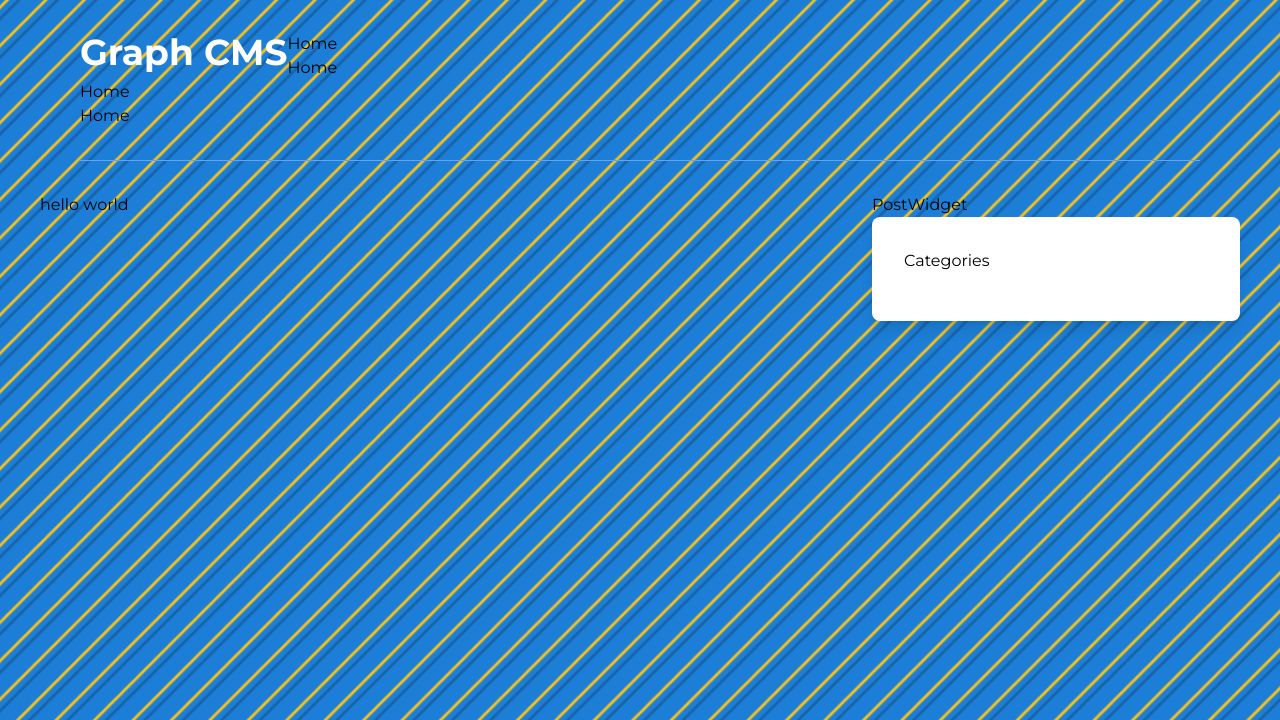
Repository: Sinkycode/Evangel_blog
Page: /
An editor plug-in stored every save of this project. The page is shown before and after the next save, followed by the edit.
The browser window is 1280 px wide. The pictures show the whole page.
The project was rebuilt for these pictures with package versions that can differ from the ones it lists, and the page was loaded fresh each time. The framework's server and built-in components were replaced by stand-ins that run in the browser. Also part of the build but not shown: next.config.js, components/PostCard.jsx.

Above is the page before, as saved 2022-07-02 08:00:44.

### pages/index.js

import { PostCard, Categories, PostWidget } from '../components';

export default function Home({ posts }) {
  return (
    <div className="container mx-auto px-10 mb-8">

      <div className="grid grid-cols-1 lg:grid-cols-12 gap-12">
        <div className="lg:col-span-8 col-span-1">
          hello world
        </div>
        <div className="lg:col-span-4 col-span-1">
          <div className="lg:sticky relative top-8">
            <PostWidget />
            <Categories />
          </div>
        </div>
      </div>
    </div>
  );
}

### styles/globals.scss
@tailwind base;
@tailwind components;
@tailwind utilities;

@import url('https://fonts.googleapis.com/css2?family=Montserrat:wght@300;400;700&display=swap');

html,
body {
  padding: 0;
  margin: 0;
  font-family: 'Montserrat', sans-serif;
  &:before{
    content:'';
    content: "";
    width: 100%;
    height: 100vh;
    //background: linear-gradient(to right bottom, #6d327c, #485DA6, #00a1ba, #01b18e, #32b37b);
    // background: #D3D3D3;
    background-image: url("../public/doodad.png");
    position: fixed;
    left: 0;
    top: 0;
    z-index: -1;
    background-position: 50% 50%;
    background-repeat: no-repeat;
    background-size: cover;
  }
}

.text-shadow{
  text-shadow: 0px 2px 0px rgb(0 0 0 / 30%);
}

.adjacent-post{
  & .arrow-btn{
    transition: width 300ms ease;
    width: 50px;
  }
  &:hover{
    & .arrow-btn{
      width: 60px;
    }
  }
}

.react-multi-carousel-list {
  & .arrow-btn{
    transition: width 300ms ease;
    width: 50px;
    &:hover{
      width: 60px;
    }
  }

}

a {
  color: inherit;
  text-decoration: none;
}

* {
  box-sizing: border-box;
}

### components/index.js
export { default as PostCard } from './PostCard';
export { default as Categories } from './Categories';
export { default as PostWidget } from './PostWidget';
export { default as Header } from './Header';
export { default as Layout } from './Layout';

### components/Categories.jsx
import React, { useState, useEffect } from 'react';

const Categories = () => {
  return (
    <div className="bg-white shadow-lg rounded-lg p-8 pb-12 mb-8">
     Categories
    </div>
  );
};

export default Categories;

### components/PostWidget.jsx
import React, { useState, useEffect } from 'react';

const PostWidget = ({ categories, slug }) => {
  return (
    <div>
      PostWidget
    </div>
  )
};

export default PostWidget;

### components/Header.jsx
import React, { useState, useEffect } from 'react';

import Link from 'next/link';

const Header = () => {

  return (
    <div className="container mx-auto px-10 mb-8">
      <div className="container mx-auto px-10 mb-8">
      <div className="border-b w-full inline-block border-blue-400 py-8">
        <div className="md:float-left block">
          <Link href="/">
            <span className="cursor-pointer font-bold text-4xl text-white">
              Graph CMS
            </span>
          </Link>
        </div>
        <div className="hidden md:float-left md:contents">
          <ul>
            <li>Home</li>
            <li>Home</li>
            <li>Home</li>
            <li>Home</li>
          </ul>
        </div>
      </div>
    </div>
    </div>
  );
};

export default Header;

Loaded but not shown: pages/_app.js (common file); components/Layout.jsx (common file); tailwind.config.js (common file)

After the next save:
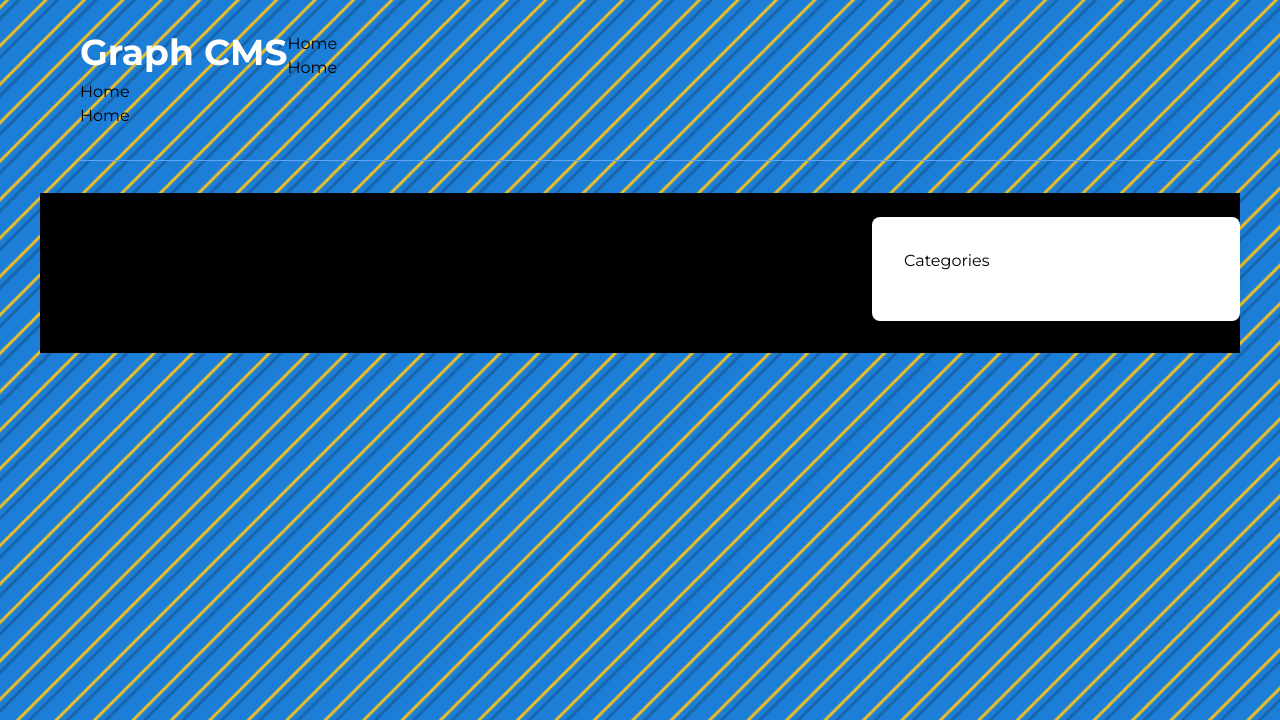
Saved 55 s later.
--- a/pages/index.js
+++ b/pages/index.js
@@ -5,7 +5,7 @@
   return (
     <div className="container mx-auto px-10 mb-8">
 
-      <div className="grid grid-cols-1 lg:grid-cols-12 gap-12">
+      <div className="grid grid-cols-1 lg:grid-cols-12 gap-12 bg-black">
         <div className="lg:col-span-8 col-span-1">
           hello world
         </div>

After the save that followed:
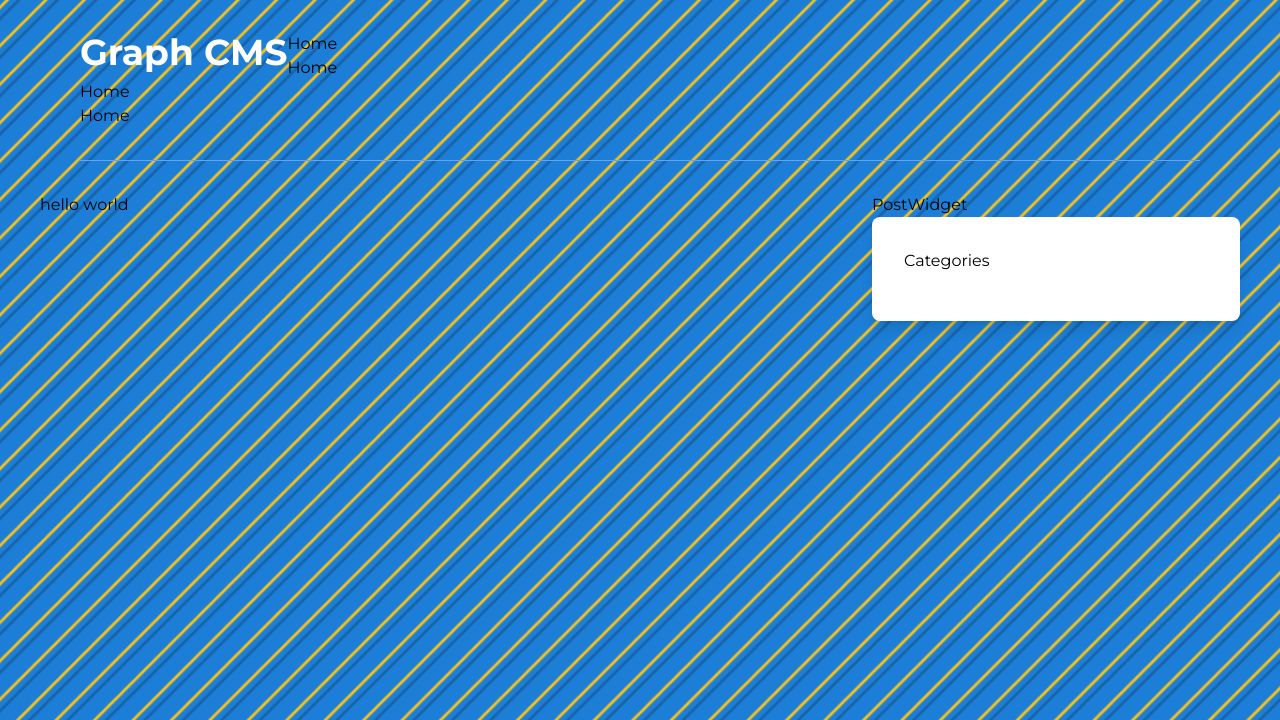
Saved 8 s later.
--- a/pages/index.js
+++ b/pages/index.js
@@ -5,7 +5,7 @@
   return (
     <div className="container mx-auto px-10 mb-8">
 
-      <div className="grid grid-cols-1 lg:grid-cols-12 gap-12 bg-black">
+      <div className="grid grid-cols-1 lg:grid-cols-12 gap-12">
         <div className="lg:col-span-8 col-span-1">
           hello world
         </div>
